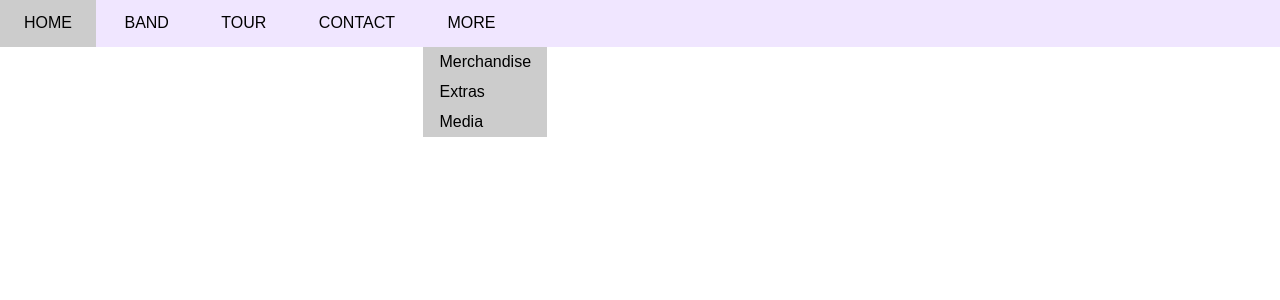
Repository: Ducspdn/WeTheBandF8
Page: w3_band/index.html
An editor plug-in stored every save of this project. The page is shown before and after the next save, followed by the edit.
The browser window is 1280 px wide. The pictures show the whole page.

Above is the page before, as saved 2023-01-16 22:33:09.

### w3_band/index.html
<html lang="en">
<head>
    <meta charset="UTF-8">
    <meta http-equiv="X-UA-Compatible" content="IE=edge">
    <meta name="viewport" content="width=device-width, initial-scale=1.0">
    <title>Web The Band</title>
    <link rel="stylesheet" href="./assets/css/style.css">
</head>
<body>
    <div id="main">
        <div id="header">
            <ul id="nav">
                <!-- ul#nav>li*5 -->
                <li><a href="">Home</a></li>
                <li><a href="">Band</a></li>
                <li><a href="">Tour</a></li>
                <li><a href="">Contact</a></li>
                <li>
                    <a href="">More</a>
                    <ul class="subnav">
                        <li><a href="">Merchandise</a></li>
                        <li><a href="">Extras</a></li>
                        <li><a href="">Media</a></li>
                    </ul>
                </li>
            </ul>

        </div>

        <div id="slider">

        </div>

        <div id="content">

        </div>

        <div id="footer">

        </div>
    </div>
</body>
</html>

### w3_band/assets/css/style.css
*{
    /* ReSet CSS */
    padding :0 ;
    margin: 0;
    box-sizing: border-box;
    /* thẻ * áp dụng cho tất cả các thẻ luôn */
}
html{
    font-family: Arial, Helvetica, sans-serif ;
    /* 1 và 2 là kiểu chữ đọc từ máy nếu không có 1 và 2 thì chạy sang 3 , 3 chủng form bất kì */
    /* set font chữ cho toàn Website */
    /* chỉ kế thừa thẻ nào có chữ */
}
/* từ ngoài vào trong */
/* từ trên xuống dưới */
/* từ tổng quan đến chi tiết */
/* vị trí */
/* kích thước */
/* màu sắc */
/* kiểu dáng : kiểu chữ , hình tròn , hình vuông .... */
#main {

}
#header {
    /* width :100% ; */
    height: 46.5px;
    background-color: rgba(225, 205, 255, 0.5);
}
#nav , .subnav {
    list-style-type:none;
    /*bỏ dâu . trong list */
}
#nav{

}
#nav >li{
    display : inline-block ;
}
#nav li{
    /* display : inline-block ; */
    /* vì inline nên khong set được thuộc tính */
    position : relative ;
}
#nav > li > a {
    text-transform: uppercase;
    /* viết in hoa */
    color : black ;
}
#nav li a {
    text-decoration: none ;

    line-height: 46.5px;
    padding-top: 0;
    padding-bottom: 0;
    padding-left : 24px;
    padding-right: 24px;
    /* đổi form chữ cần kĩ thuật nhúng , chưa học */
    display: inline-block;
}
#nav li:hover a{
    color: black;
    background-color: rgba(123, 234, 111, 0.5) ;
}
#nav > li:hover > a {
    color : black ;
    background-color: #ccc;
}

#nav .subnav{
    /* display: none; */
    position :absolute ;
    background-color: #ccc;
    /* box-shadow: 0 0 10px rgba(0, 0, 0, 0.5); */
}
#nav .subnav a {
    color: black;
    padding-top:0px;
    padding-bottom : 0px;
    padding-left : 16px ;
    padding-right : 16px ;
    line-height: 30px;
}
#nav .subnav li:hover{
    color : black ;
    background-color: #ccc;
}
#slider {
    /* min-height: 500px;
    background-color: black; */

}
#content {

}

#footer {

}

After the next save:
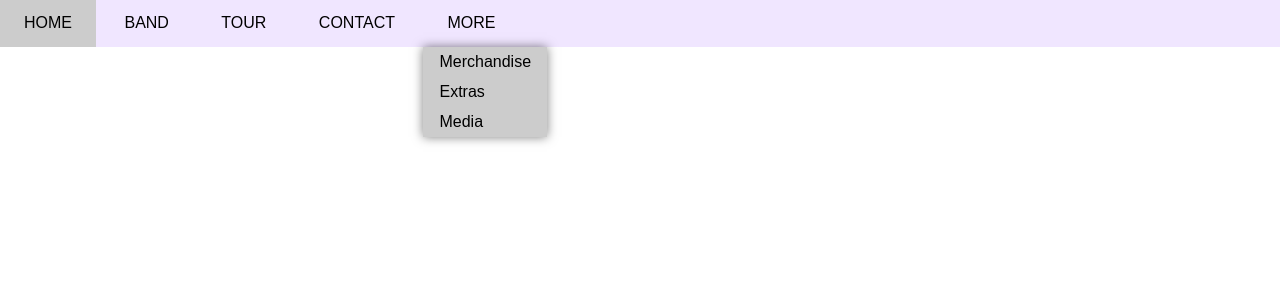
Saved 34 s later.
--- a/w3_band/assets/css/style.css
+++ b/w3_band/assets/css/style.css
@@ -70,7 +70,7 @@ html{
     /* display: none; */
     position :absolute ;
     background-color: #ccc;
-    /* box-shadow: 0 0 10px rgba(0, 0, 0, 0.5); */
+    box-shadow: 0 0 10px rgba(0, 0, 0, 0.5);
 }
 #nav .subnav a {
     color: black;
